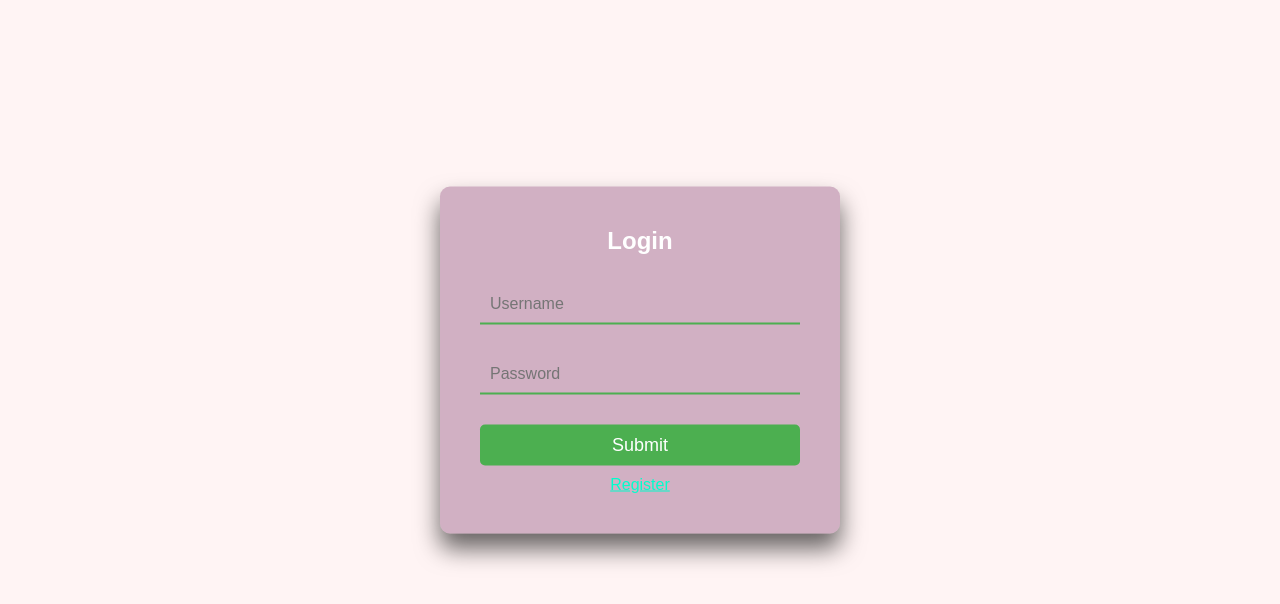
Repository: SRBshakib/Safe-Food---DBMS-project
Page: Organaization/login.html
The author's editor kept a copy of each file at every save. The page is drawn from the files as they stood at one save, then again after the next save.
The browser window is 1280 px wide. The pictures show the whole page.

Above is the page before, as saved 2024-11-10 21:54:56.

### Organaization/login.html
<!DOCTYPE html>
<html lang="en">
<head>
    <meta charset="UTF-8">
    <meta name="viewport" content="width=device-width, initial-scale=1.0">
    <title>Welcome to our organization</title>
    <link rel="stylesheet" href="style_login.css"> <!-- Link to the CSS file -->
</head>
<body>
    <div class="login-box">
        <h2>Login</h2>
        <form>
            <div class="textbox">
                <input type="text" placeholder="Username" required>
            </div>
            <div class="textbox">
                <input type="password" placeholder="Password" required>
            </div>
            <button type="submit" class="btn">Submit</button>
            <p class="register">Register</p>
        </form>
    </div>
</body>
</html>

### Organaization/style_login.css

*{

    margin: 0;
    padding: 0;
    box-sizing: border-box;
    font-family: Arial, sans-serif;
}

body {
    display: flex;
    justify-content: center;
    align-items: center;
    height: 100vh;
    background-color: #ffcaca34;
    color: rgb(255, 255, 255);
}

.login-box {
    position: absolute;
    top: 50%;
    left: 50%;
    width: 400px;
    padding: 40px;
    transform: translate(-50%, -50%);
    background: rgba(94, 7, 72, 0.281);
    box-shadow: 0 15px 25px rgba(0, 0, 0, 0.6);
    border-radius: 10px;
    text-align: center;
}

.login-box h2 {
    margin-bottom: 30px;
}

.textbox {
    position: relative;
    margin-bottom: 30px;
    border-bottom: 2px solid #4caf50;
}

.textbox input {
    width: 100%;
    padding: 10px;
    font-size: 16px;
    background: none;
    border: none;
    outline: none;
    color: #fff;
}

.btn {
    display: inline-block;
    width: 100%;
    padding: 10px;
    background: #4caf50;
    border: none;
    outline: none;
    color: #fff;
    font-size: 18px;
    cursor: pointer;
    border-radius: 5px;
    transition: background 0.3s, box-shadow 0.3s;
}

.btn:hover {
    background: #00ffcc;
    box-shadow: 0 0 10px #00ffcc, 0 0 40px #00ffcc, 0 0 80px #00ffcc;
}

.register {
    color: #00ffcc;
    cursor: pointer;
    margin-top: 10px;
    text-decoration: underline;
}

After the next save:
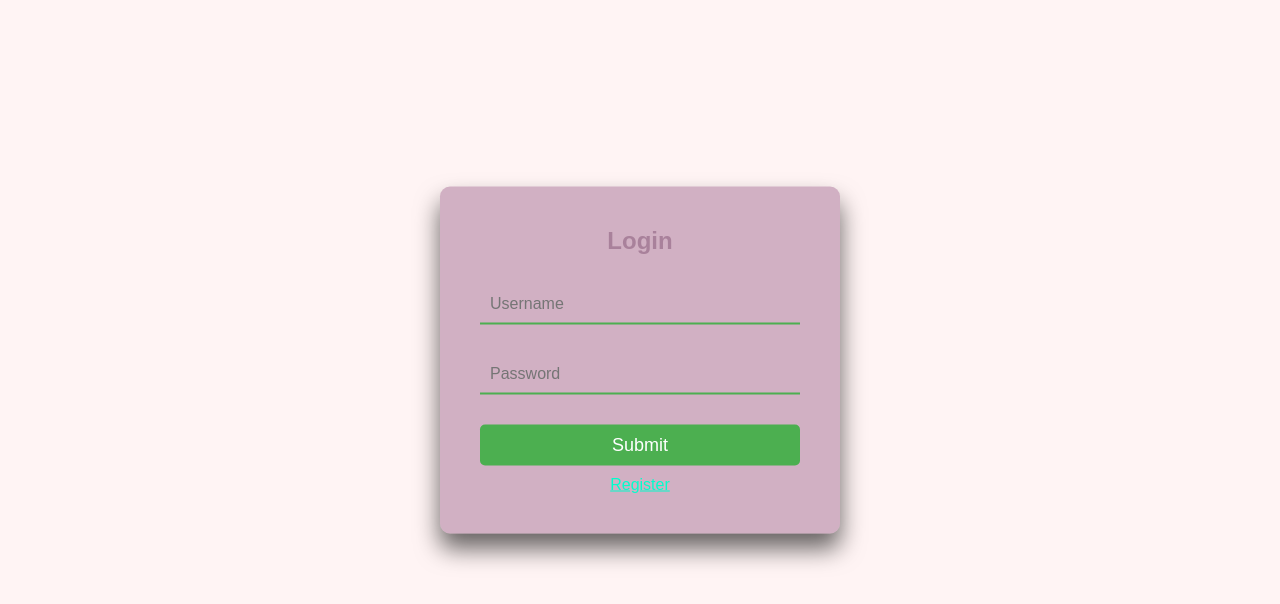
Saved 14 s later.
--- a/Organaization/style_login.css
+++ b/Organaization/style_login.css
@@ -13,7 +13,7 @@ body {
     align-items: center;
     height: 100vh;
     background-color: #ffcaca34;
-    color: rgb(255, 255, 255);
+    color: rgba(59, 1, 45, 0.267);
 }
 
 .login-box {
